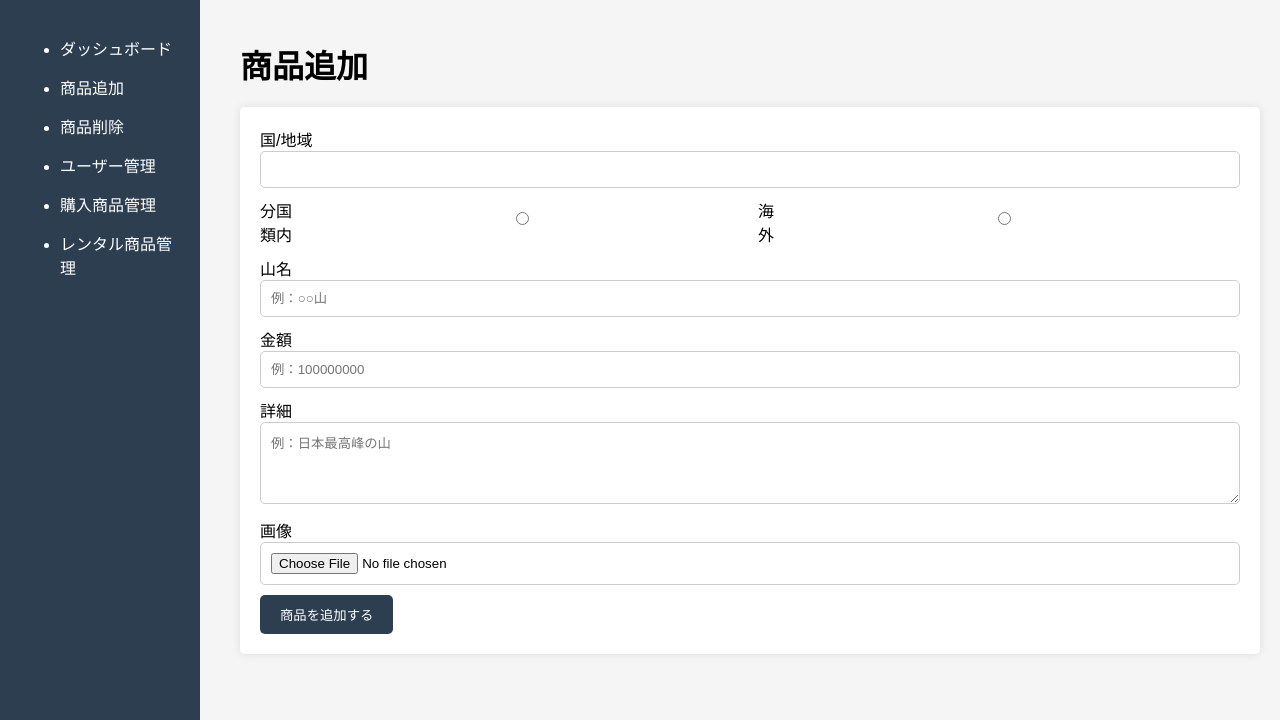
Repository: magome112/Oasis2024920
Page: http://localhost/_12_kanri.shohin.php
These files come from the project's save history. The page is drawn as it stood at one moment and after the next save; the edit follows.
The browser window is 1280 px wide. The pictures show the whole page.
The page is run by PHP 8.4 with error messages shown; the project is at /var/www/html/.

Above is the page before, as saved 2024-12-06 12:20:06.

After the next save:
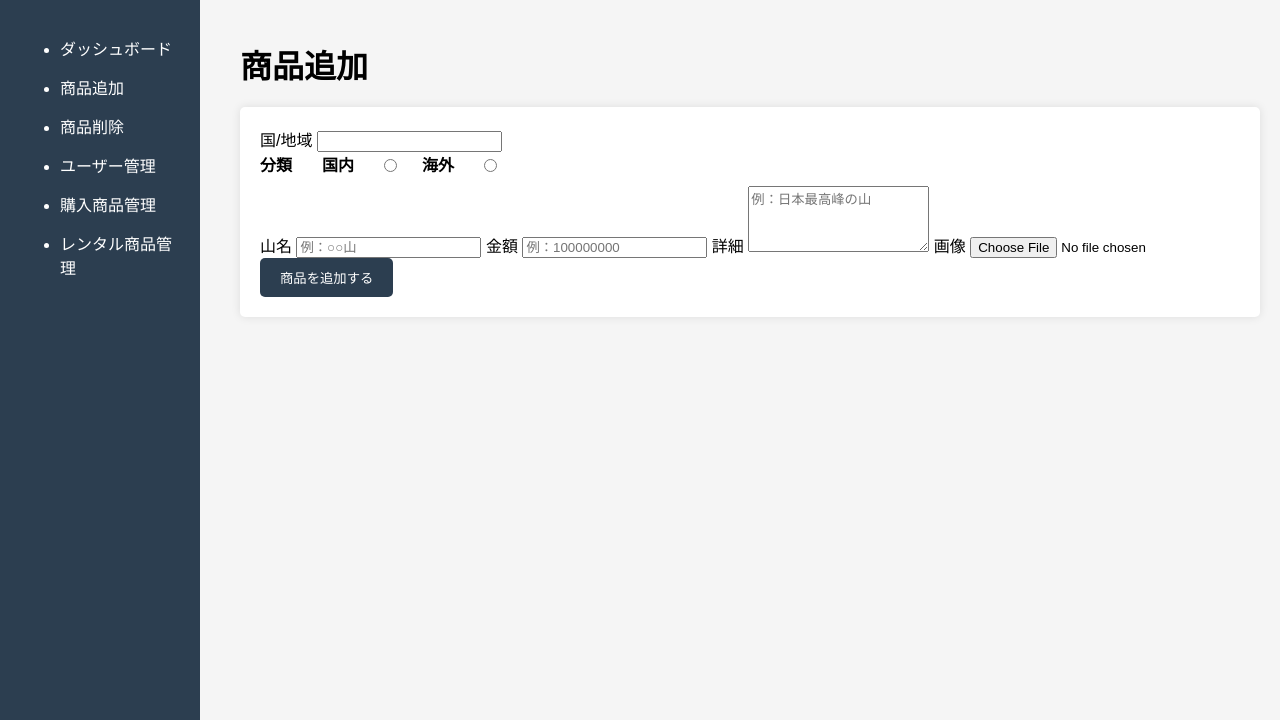
Saved 3 min 30 s later.
--- a/_12_kanri.shohin.php
+++ b/_12_kanri.shohin.php
@@ -113,24 +113,23 @@
             border-radius: 5px;
             box-shadow: 0 0 10px rgba(0, 0, 0, 0.1);
         }
-        input, textarea {
-    width: 100%;
-    padding: 10px;
-    margin-bottom: 10px;
-    border: 1px solid #ccc;
-    border-radius: 5px;
-    box-sizing: border-box;
-}
-
-.radio-group {
+        .radio-group {
     display: flex; /* 横並びに整列 */
     align-items: center; /* 垂直方向の中央揃え */
+    gap: 20px; /* ラジオボタン間のスペース */
     margin-bottom: 10px;
 }
 
+.radio-group label {
+    display: inline-block; /* ラベルをインラインブロックとして表示 */
+    margin-right: 10px; /* ラベルとラジオボタンの間隔 */
+    font-weight: bold; /* ラベルを太字に */
+}
+
 .radio-group input[type="radio"] {
-    margin-right: 5px; /* ラジオボタンとテキストの間隔 */
-    margin-left: 0; /* 不要な余白をゼロに設定 */
+    display: inline-block; /* ラジオボタンをインラインブロックとして表示 */
+    margin-right: 5px; /* ラジオボタンとテキスト間の余白 */
+    margin-left: 0; /* ラジオボタンの左側の余白をゼロに */
 }
 
 

After the save that followed:
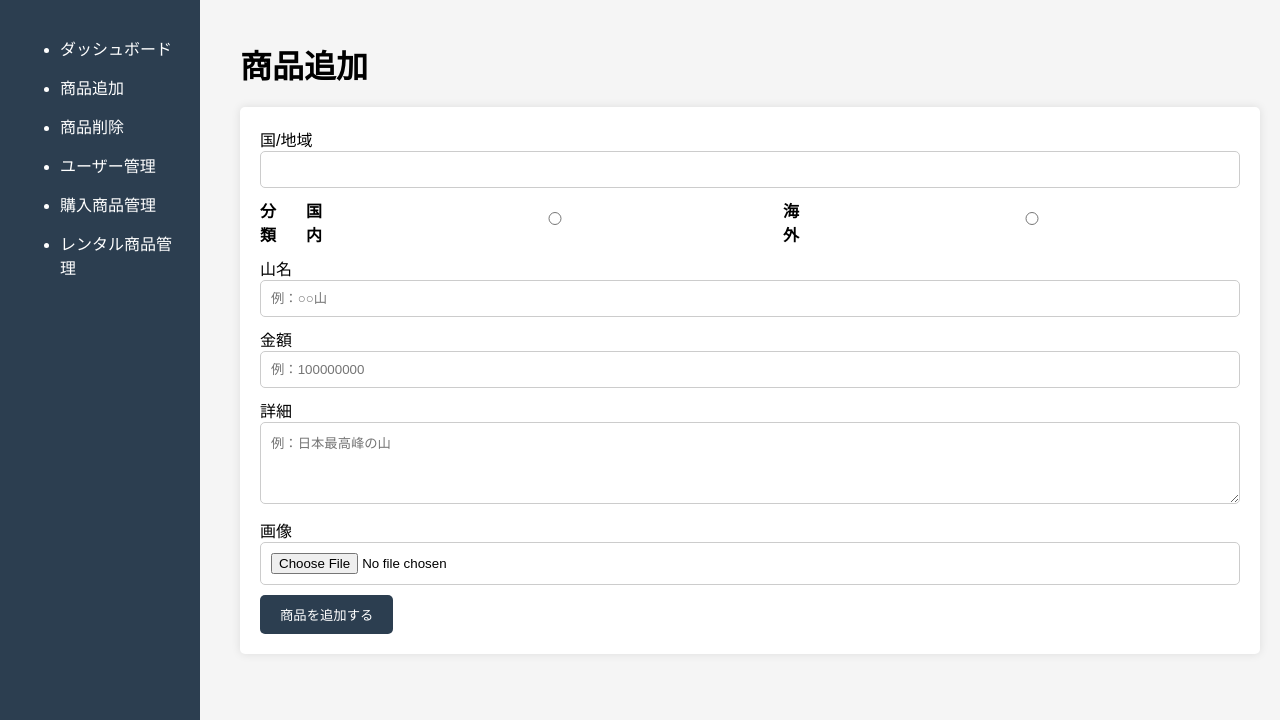
Saved 35 s later.
--- a/_12_kanri.shohin.php
+++ b/_12_kanri.shohin.php
@@ -113,7 +113,16 @@
             border-radius: 5px;
             box-shadow: 0 0 10px rgba(0, 0, 0, 0.1);
         }
-        .radio-group {
+        input, textarea {
+    width: 100%;
+    padding: 10px;
+    margin-bottom: 10px;
+    border: 1px solid #ccc;
+    border-radius: 5px;
+    box-sizing: border-box;
+}
+
+.radio-group {
     display: flex; /* 横並びに整列 */
     align-items: center; /* 垂直方向の中央揃え */
     gap: 20px; /* ラジオボタン間のスペース */
